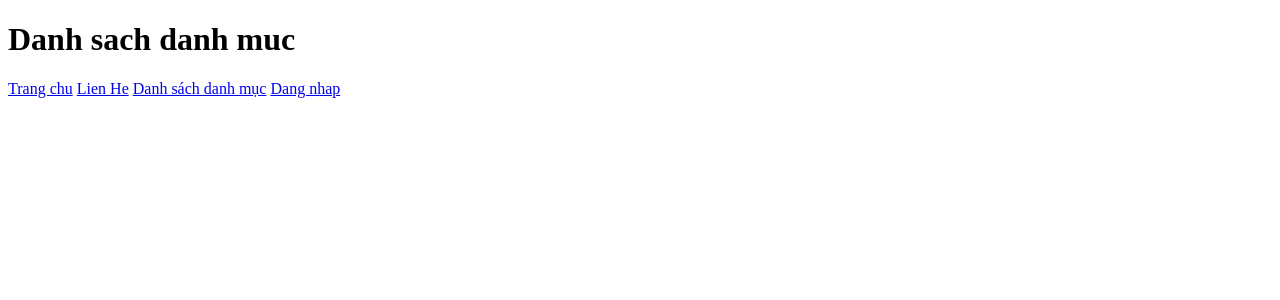
Repository: iamwind-dev/PHP
Page: http://localhost/tuan3/danhsachdanhmuc.php
An editor plug-in stored every save of this project. The page is shown before and after the next save, followed by the edit.
The browser window is 1280 px wide. The pictures show the whole page.
The page is run by PHP 8.4 with error messages shown; the project is at /var/www/html/. Queries for data that is not in the repository find no rows.

Above is the page before, as saved 2023-09-22 15:53:44.

### tuan3/danhsachdanhmuc.php
<!DOCTYPE html>
<html lang="en">

<head>
    <meta charset="UTF-8">
    <meta name="viewport" content="width=device-width, initial-scale=1.0">
    <title>Danh sách danh mục</title>
</head>

<body>
    <h1>Danh sach danh muc</h1>
    <?php
    include("header.php");
    echo '<br>';
    $conn=mysqli_connect('localhost','root','060304','banhang');
    $sql = "SELECT * from danhmuc";
    $kq=mysqli_query($conn,$sql);
    while ($row=mysqli_fetch_array($kq)){
        echo $row['id'];
        echo $row['tendanhmuc'].'<a href="danhsachsanpham.php?id"';
        echo '<hr>';
    }
?>

</body>

</html>

### tuan3/header.php
<?php
session_start();
?>
<!DOCTYPE html>
<html lang="en">

<head>
    <meta charset="UTF-8">
    <meta name="viewport" content="width=device-width, initial-scale=1.0">
    <title>Document</title>
</head>

<body>
    <a href="Trangchu.php">Trang chu</a>
    <a href="TrangLienHe.php">Lien He</a>
    <a href="danhsachdanhmuc.php">Danh sách danh mục</a>
    <?php
    if(isset($_COOKIE['user'])){
        echo 'Xin chao ban ' . $_COOKIE['user'];
    } else {
        echo '<a href="dangnhap.php">Dang nhap</a>';
    }
    ?>
</body>

</html>

After the next save:
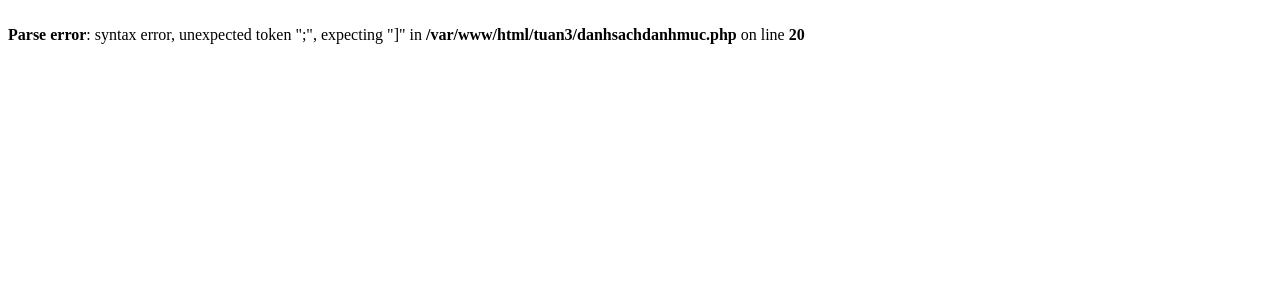
Saved 5 s later.
--- a/tuan3/danhsachdanhmuc.php
+++ b/tuan3/danhsachdanhmuc.php
@@ -17,7 +17,7 @@
     $kq=mysqli_query($conn,$sql);
     while ($row=mysqli_fetch_array($kq)){
         echo $row['id'];
-        echo $row['tendanhmuc'].'<a href="danhsachsanpham.php?id"';
+        echo $row['tendanhmuc'].'<a href="danhsachsanpham.php?id='.$row['id"';
         echo '<hr>';
     }
 ?>
